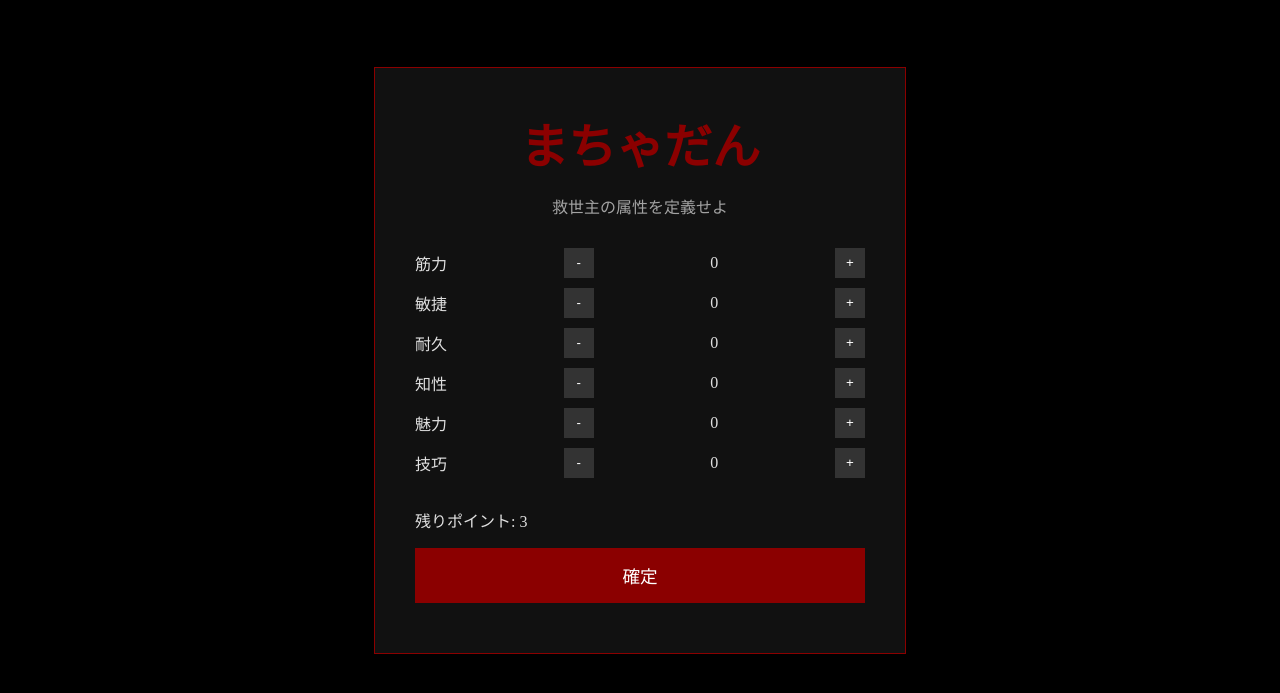
Repository: chatgdpkuesuto-sys/quest-rpg
Page: 00_Dashboard/index.html
These files come from the project's save history. The page is drawn as it stood at one moment and after the next save; the edit follows.
The browser window is 1280 px wide. The pictures show the whole page.
Some web fonts or font styles are not loaded; a fallback is used.

Above is the page before, as saved 2026-02-20 12:41:33.
Console error: SyntaxError: Unexpected token ')'

After the next save:
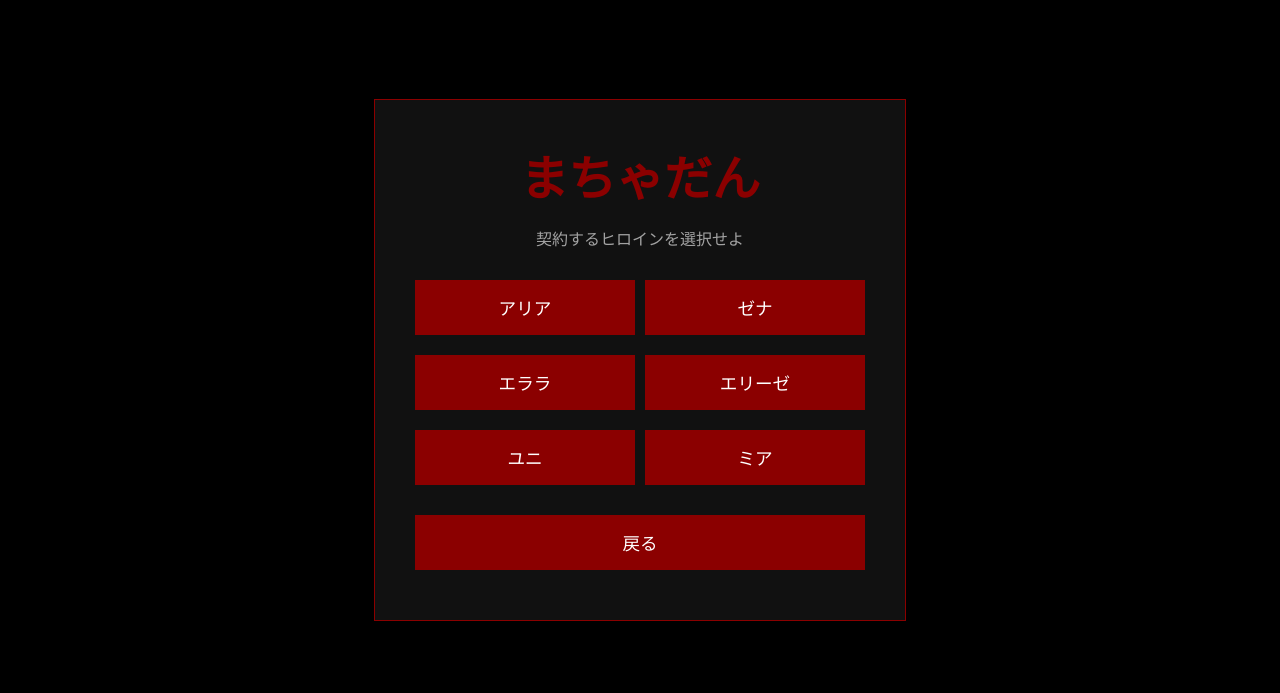
The error is gone.
Saved 52 s later.
--- a/00_Dashboard/js/engine.js
+++ b/00_Dashboard/js/engine.js
@@ -1,5 +1,5 @@
 // ==============================================
-// 00_Dashboard: Final Reactive Engine
+// 00_Dashboard: Final Reactive Engine (FIXED)
 // ==============================================
 
 const audioCtx = new (window.AudioContext || window.webkitAudioContext)();
@@ -31,12 +31,9 @@ window.loadState = function () {
             const el = document.getElementById(`val-${s}`);
             if (el) el.innerText = window.allocatedStats[s];
         });
-        document.getElementById('remaining-points').innerText = remainingPoints;
+        const remPointsEl = document.getElementById('remaining-points');
+        if (remPointsEl) remPointsEl.innerText = remainingPoints;
 
-        if (data.phase === 'target') {
-            document.getElementById('stat-dialog').style.display = 'none';
-            document.getElementById('target-dialog').style.display = 'block';
-        }
         console.log("📂 State restored from LocalStorage");
     }
 };
@@ -44,12 +41,12 @@ window.loadState = function () {
 // 2. UI制御
 window.lockUI = (locked) => {
     window.isProcessing = locked;
-    const btn = document.querySelector('#stat-dialog .char-btn');
-    if (btn) {
-        btn.disabled = locked;
-        btn.style.opacity = locked ? 0.5 : 1;
-        btn.innerText = locked ? "通信中..." : "確定";
-    }
+    // 全てのボタンを無効化
+    const buttons = document.querySelectorAll('button');
+    buttons.forEach(b => {
+        b.disabled = locked;
+        b.style.opacity = locked ? 0.5 : 1;
+    });
     document.body.style.cursor = locked ? 'wait' : 'default';
 };
 
@@ -63,6 +60,7 @@ window.adjStat = (stat, delta) => {
     document.getElementById('remaining-points').innerText = remainingPoints;
     window.saveState();
 };
+
 // 【重要】ステータス確定 (意志表示)
 window.confirmStats = () => {
     if (window.isProcessing) return;
@@ -113,8 +111,15 @@ window.startGame = (charKey, charName) => {
     const payload = {
         action: 'CHARACTER_SELECT_INTENT',
         target: charKey,
+        target_name: charName,
+        time: Date.now()
+    };
+
+    fetch('http://127.0.0.1:5000/action', {
+        method: 'POST',
+        headers: { 'Content-Type': 'application/json' },
         body: JSON.stringify(payload)
-    }).catch (() => window.lockUI(false));
+    }).catch(() => window.lockUI(false));
 };
 
 // 4. ポーリング (反応型)
@@ -135,18 +140,28 @@ async function poll() {
         const statDialog = document.getElementById('stat-dialog');
         const targetDialog = document.getElementById('target-dialog');
 
-        if (state.status === 'hero_confirmed') {
+        if (state.status === 'making_hero') {
+            initOverlay.style.display = 'flex';
+            statDialog.style.display = 'block';
+            targetDialog.style.display = 'none';
+        }
+        else if (state.status === 'hero_confirmed') {
+            initOverlay.style.display = 'flex';
             statDialog.style.display = 'none';
             targetDialog.style.display = 'block';
-            window.saveState();
-        } else if (state.status === 'active' || state.status === 'waiting_for_input') {
+        }
+        else if (state.status === 'active' || state.status === 'waiting_for_input') {
             initOverlay.style.display = 'none';
         }
 
-        // 表示反映 (ダイアログ、モノローグ等)
+        // 表示反映
         if (state.current_dialogue) {
-            document.getElementById('dialogue-box').style.display = 'block';
-            document.getElementById('dialogue-text').innerText = state.current_dialogue;
+            const dBox = document.getElementById('dialogue-box');
+            const dText = document.getElementById('dialogue-text');
+            if (dBox && dText) {
+                dBox.style.display = 'block';
+                dText.innerHTML = state.current_dialogue;
+            }
         }
 
     } catch (e) { }
@@ -154,6 +169,8 @@ async function poll() {
 
 window.addEventListener('load', () => {
     window.loadState();
+    window.engineRunning = true;
     setInterval(poll, 1000);
+    poll();
     document.addEventListener('click', () => { if (audioCtx.state === 'suspended') audioCtx.resume(); }, { once: true });
 });
